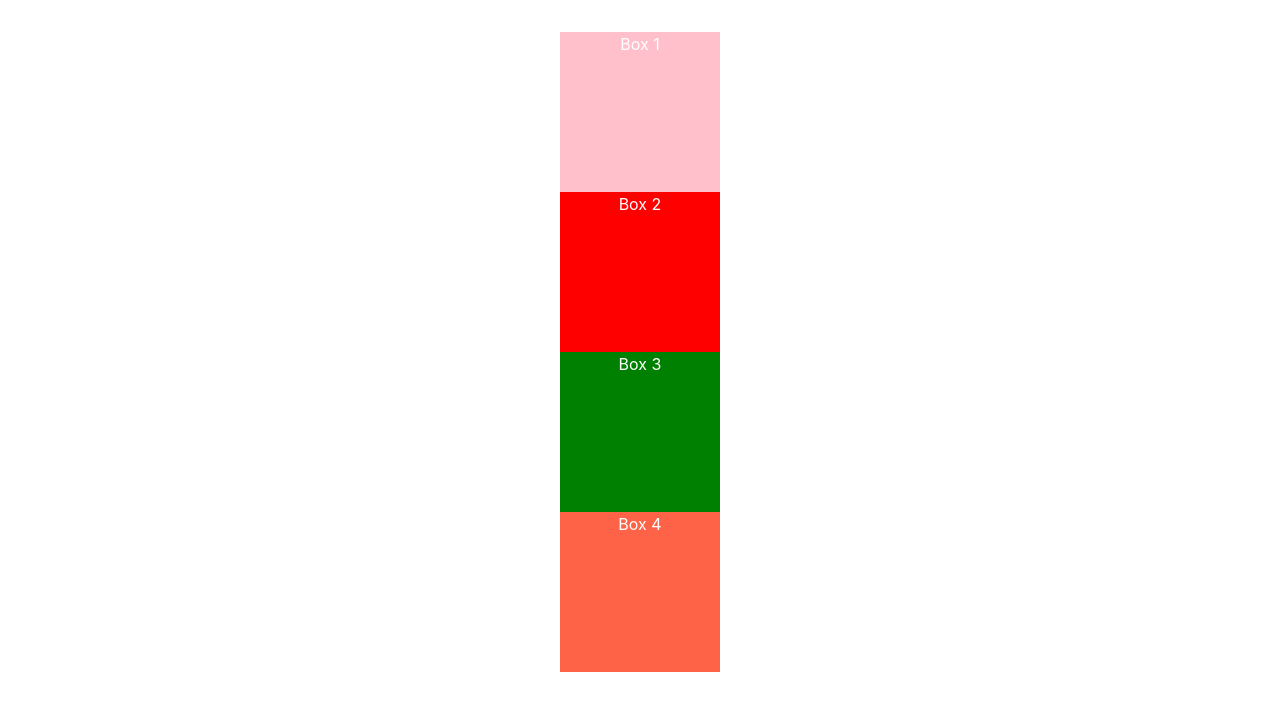
Repository: noutijo/learn-in-depth-chakra-ui
Page: /
An editor plug-in stored every save of this project. The page is shown before and after the next save, followed by the edit.
The browser window is 1280 px wide. The pictures show the whole page.
The project was rebuilt for these pictures with package versions that can differ from the ones it lists, and the page was loaded fresh each time. Also part of the build but not shown: vite.config.ts.

Above is the page before, as saved 2023-01-30 13:12:57.

After the next save:
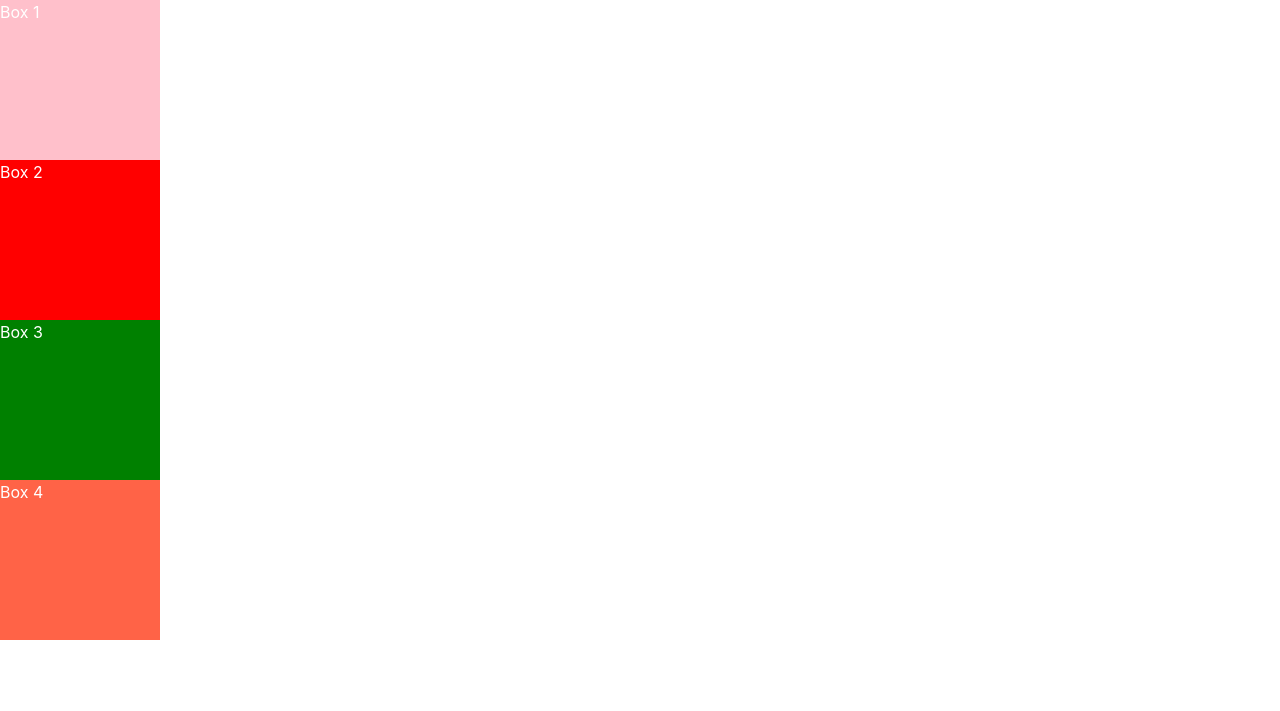
Saved 24 s later.
--- a/src/App.tsx
+++ b/src/App.tsx
@@ -1,4 +1,4 @@
-import './App.css'
+//import './App.css'
 import {Box, Flex} from '@chakra-ui/react'
 
 function App() {
